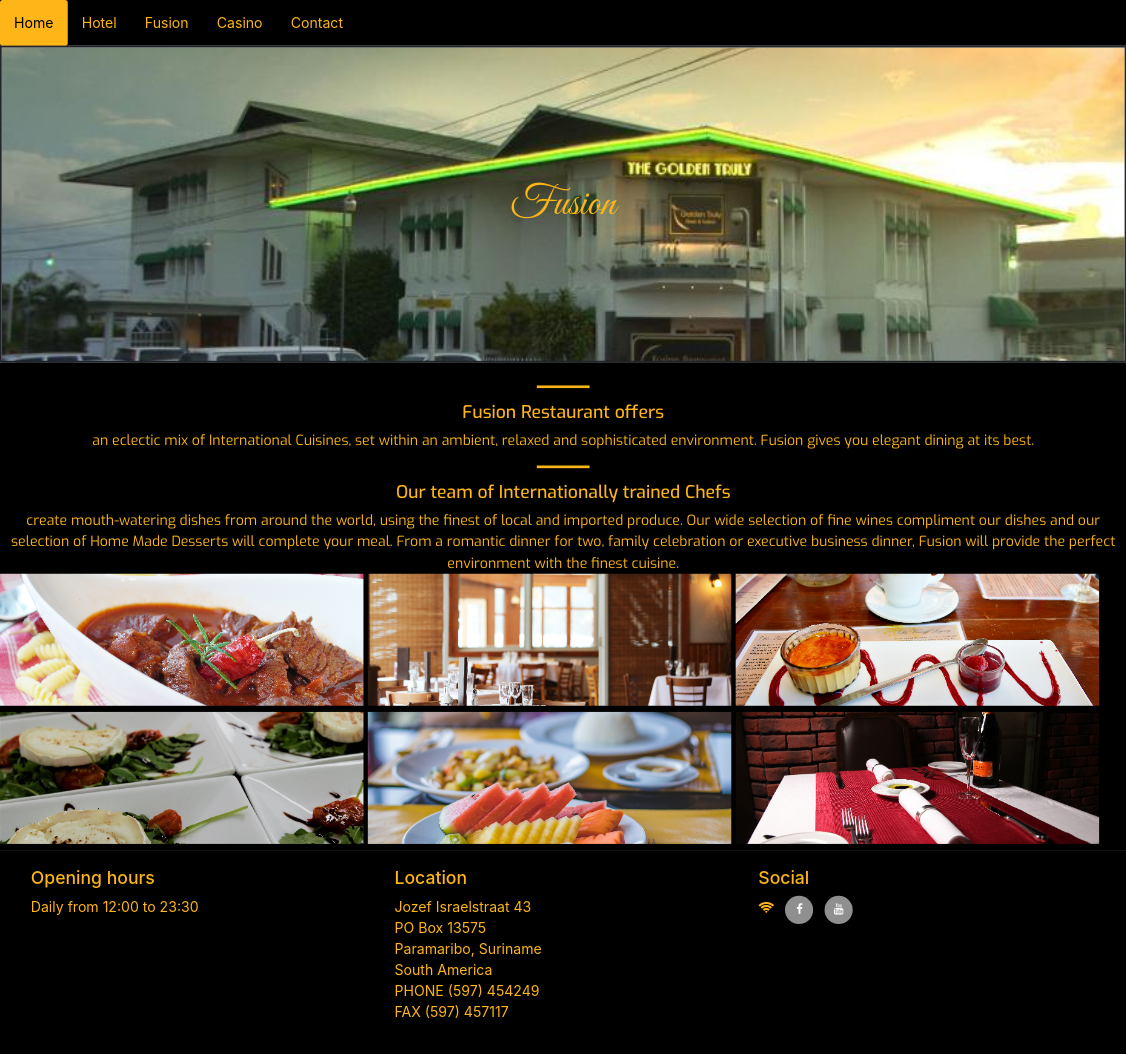
Repository: Code-Institute-Submissions/anthonycaf-Milestone1
Page: fusion.html
The author's editor kept a record of every edit. The page is drawn from the files as they stood at one moment, then again after the next edit.
The browser window is 1280 px wide. The pictures show the whole page, at 88% of full size.

Above is the page before.

### fusion.html
<!DOCTYPE html>
<html lang="en">

<head>
 <meta charset="UTF-8">
 <meta name="viewport" content="width=device-width, initial-scale=1.0">
 <meta http-equiv="X-UA-Compatible" content="ie=edge">
 <!--             links/bootstrap/fontawsome    -->
 <link rel="stylesheet" href="https://stackpath.bootstrapcdn.com/font-awesome/4.7.0/css/font-awesome.min.css" type="text/css" />
 <link rel="stylesheet" href="https://stackpath.bootstrapcdn.com/bootstrap/4.3.1/css/bootstrap.min.css" type="text/css" />
 <!--             main/css                      -->
 <link rel="stylesheet" href="./css/style.css" type="text/css" />
 <title>Golden Truly Hotel</title>
</head>

<body>
 <header>
  <ul Id="nav-bar">
   <li class="nav-bar-item"><a class="nav-link-item" href="index.html">Home</a></li>
   <li class="nav-bar-item"><a class="nav-link-item" href="hotel.html">Hotel</a></li>
   <li class="nav-bar-item"><a class="nav-link-item" href="fusion.html">Fusion</a></li>
   <li class="nav-bar-item"><a class="nav-link-item" href="casino.html">Casino</a></li>
   <li class="nav-bar-item"><a class="nav-link-item" href="contact.html">Contact</a></li>
  </ul>
  <div class="bg-image-title">
   <a href="index.html" class="img"></a>
   <h1 id="title">Fusion</h1>
  </div>
 </header>
 <main>
  <hr class="block-divider">
 <section class="section-fustion text-center">
     <h5>Fusion Restaurant offers</h5>an eclectic mix of International Cuisines,
     set within an ambient, relaxed and  sophisticated environment.
     Fusion gives you elegant dining at its best.
     <hr class="block-divider">
     <h5>Our team of Internationally trained Chefs</h5>create mouth-watering dishes from around the world,
     using the finest of local and imported produce. Our wide selection of
     fine wines compliment our dishes and our selection of Home Made Desserts
     will complete your meal. From a romantic dinner for two, family celebration
     or executive business dinner,
     Fusion will provide the perfect environment with the finest cuisine.
 </section>
 <section class="images">
   <div class="bg-food col-4 bg-food-img1 ">
     <a href="index.html"></a></div>
    <div class="bg-food col-4 bg-food-img4"><a href="index.html"></a></div>
      <div class="bg-food col-4 bg-food-img2"><a href="index.html"></a></div>
     <div class="bg-food col-4 bg-food-img6"><a href="index.html"></a></div>
     <div class="bg-food col-4 bg-food-img5"><a href="index.html"></a></div>
    <div class="bg-food col-4 bg-food-img7"><a href="index.html"></a></div>
 </section>
 </main>
 <footer class="container-fluid">
  <div id="footer-details" class="row">
   <div class="col-sm-4">
    <h5 class="uppercase general-sub">Opening hours</h5>
    <p class="inline-block">
   Daily from 12:00 to 23:30
    </p>
   </div>
   <div class="col-sm-4">
    <h5 class="uppercase general-sub">Location</h5>
    <p class="inline-block">Jozef Israelstraat 43<br> PO Box 13575<br> Paramaribo, Suriname<br> South America<br> PHONE (597) 454249<br> FAX (597) 457117
    </p>

   </div>
   <div class="col-sm-4">
    <h5 class="uppercase general-sub">Social</h5>
    <ul class="list-inline social-links">
     <li class="list-inline-item">
          <i class="fa fa-wifi" aria-hidden="true"></i>
          <span class="sr-only">wifi</span>
     </li>
     <li class="list-inline-item">
      <a href="https://www.facebook.com/FusionParamariboSuriname/" target="_blank">
          <i class="fa fa-facebook" aria-hidden="true"></i>
          <span class="sr-only">facebook</span>
         </a>
     </li>

     <li class="list-inline-item">
      <a href="https://youtu.be/yjYsTbYetro" target="_blank">
          <i class="fa fa-youtube" aria-hidden="true"></i>
          <span class="sr-only">youtube</span>
         </a>
     </li>
    </ul>
   </div>
  </div>
 </footer>


</body>

</html>

### css/style.css
 /*------------google-fonts----------*/

 @import url('https://fonts.googleapis.com/css?family=Exo:100,200,300,400,500,600,700|Great+Vibes&display=swap:100,200,300,400,500,600,700');

 body {
  margin: 0;
 }

 /*------------- images --------------*/

 .master-img1 {
  background-image: url(../images/master1.jpg);
 }

 .master-img2 {
  background-image: url(../images/housekeeping.jpg);
 }

 .master-img3 {
  background-image: url(../images/design-lobby-ceiling.jpg);
 }

 .suite-img1 {
  background-image: url(../images/suit1.jpg);
 }

 .suite-img2 {
  background-image: url(../images/suite2.jpg);
 }

 .suite-img3 {
  background-image: url(../images/suite3.jpg);
 }

 .bg-image-title {
  background: url("../images/golden-truly-hotel.jpg");
 }
 /*-------------------food-images -----------*/
 .bg-food-img1 {
  background-image: url("../images/beef-bowl.jpg");
 }
 .bg-food-img2 {
  background-image: url("../images/close-up-coffee.jpg");
 }
.bg-food-img3 {
  background-image: url("../images/close-up-cuisine.jpg");
 }
.bg-food-img4 {
  background-image: url("../images/chairs-coffee-shop.jpg");
 }
.bg-food-img5 {
  background-image: url("../images/cuisine-delicious.jpg");
 }
.bg-food-img6 {
  background-image: url("../images/cheese-cuisine.jpg");
 }
.bg-food-img7 {
  background-image: url("../images/brick-chair-table.jpg");
 }

.bg-food {
 display: inline-block;
 background-clip: border-box;
  background-position: center;
  background-repeat: no-repeat;
  background-size: cover;
  width: 32.3%;
  height: 150px;
}

 /*------------main----------*/

 main {
  font-family: "Exo", sans-serif;
  font-size: 1em;
  width: 100%;
  background-color: #000000;
  color: #fdb517;
  margin: 0 auto;
  padding-top: 10px;

 }

 .bg-image-title {
  background-clip: border-box;
  background-position: center;
  background-repeat: no-repeat;
  background-size: cover;
  transition: all .5s ease-in-out;
  -moz-transition: all .5s ease-in-out;
  -webkit-transition: all .5s ease-in-out;
  height: 360px;
  border: 2px solid;
 }

 #title {
  color: #fdb517;
  font-family: "Great Vibes", sans-serif;
  font-size: 3em;
  text-align: center;
  padding-top: 150px;
 }

 #welcome {
  color: #fdb517;
  font-family: "Great Vibes", sans-serif;
  font-size: 2.5em;

 }
.block-divider {
 width: 60px;
 height: 3px;
 border:0;
 background-color: #fdb517;
}
 .dl-list {
  max-width: 70%;
 }
/*------------ Section ------*/
 .section {
  padding-top: 10px;
  padding-bottom: 10px;
  margin: 0 auto;
  max-width: 70%;
 }
 .casino, .fusion {
  margin-bottom: 0;
 }


 /*-----------main nav-bar----------*/

 #nav-bar {
  width: 100vw;
  list-style-type: none;
  margin: 0;
  padding: 0;
  overflow: hidden;
  background-color: #000;
 }

 .nav-bar-item {
  float: left;
 }

 .nav-bar-item .nav-link-item {
  display: inline-block;
  color: #fdb517;
  text-align: center;
  padding: 8px 8px;
  text-decoration: none;
 }

 .nav-bar-item .nav-link-item:hover {
  background-color: #fdb517;
  color: #000000;
  border-radius: 3px;
  transition: all .8s ease-in-out;
 }

 .nav-bar-item {
  display: inline-block;
 }


 dd {
  color: #fafafa;
 }

 .room-services-item {
  margin-bottom: 0px;
  border-bottom-width: 20px;
  padding-bottom: 40px;
 }

 /*----------------iframe -----------*/

 iframe {
  width: 100%;
  height: 360px;
  border: none;
  margin: 0;
 }

 /*-----------main footer----------*/

 .container-fluid {
  background-color: #000000;
  color: #fdb517;

 }

 footer {
  background-color: #525252;
  color: #fafafa;
  min-height: 120px;
  margin: 0;
  padding: 0;
 }

 .social-links {
  padding-bottom: 15px;
 }

 .social-links li a i {
  width: 32px;
  height: 32px;
  padding: 12px 0;
  border-radius: 50%;
  font-size: 13px;
  line-height: 7px;
  text-align: center;
  color: #fafafa;
  background-color: #8f8f8f;
  transition: all 0.35s ease-in-out;
  -moz-transition: all 0.35s ease-in-out;
  -webkit-transition: all 0.35s ease-in-out;
  -o-transition: all 0.35s ease-in-out;
 }

 .social-links li a i:hover {
  background: #fdb517;
 }

 #footer-details {
  padding: 20px;
 }

 /*-----------hotel.html----------*/

 .bg-img-size {

  background-clip: border-box;
  background-position: center;
  background-repeat: no-repeat;
  background-size: cover;
  width: 33.3%;
  height: 150px;
 }


 /*----------- contact.html/form --------*/

 .contact-heading,
 .contact-thanks {
  font-family: "Great Vibes", sans-serif;
  font-weight: 300;
  margin-top: 25px;
  margin-bottom: 20px;

 }

 form {
  padding-top: 10px;
  margin: 0 auto;
  max-width: 70%;
 }

 button[type="submit"] {
  margin-top: 15px;
  margin-bottom: 20px;
  color: #fdb517;
  background-color: #000000;

 }

 /*-------------------------------------Media queries*/

 @media(min-width: 992px) {
  .center-form {
   padding-top: 30px;
   min-height: 240px;
   margin: 0 auto;
   max-width: 50%;
  }
  .section {
   padding-top: 30px;
   padding-bottom: 30px;
   margin: 0 auto;
   max-width: 70%;
  }
  .dl-list {
   max-width: 70%;
  }
  .nav-bar-item .nav-link-item {
   padding: 14px 16px;
  }
 }

After the next edit:
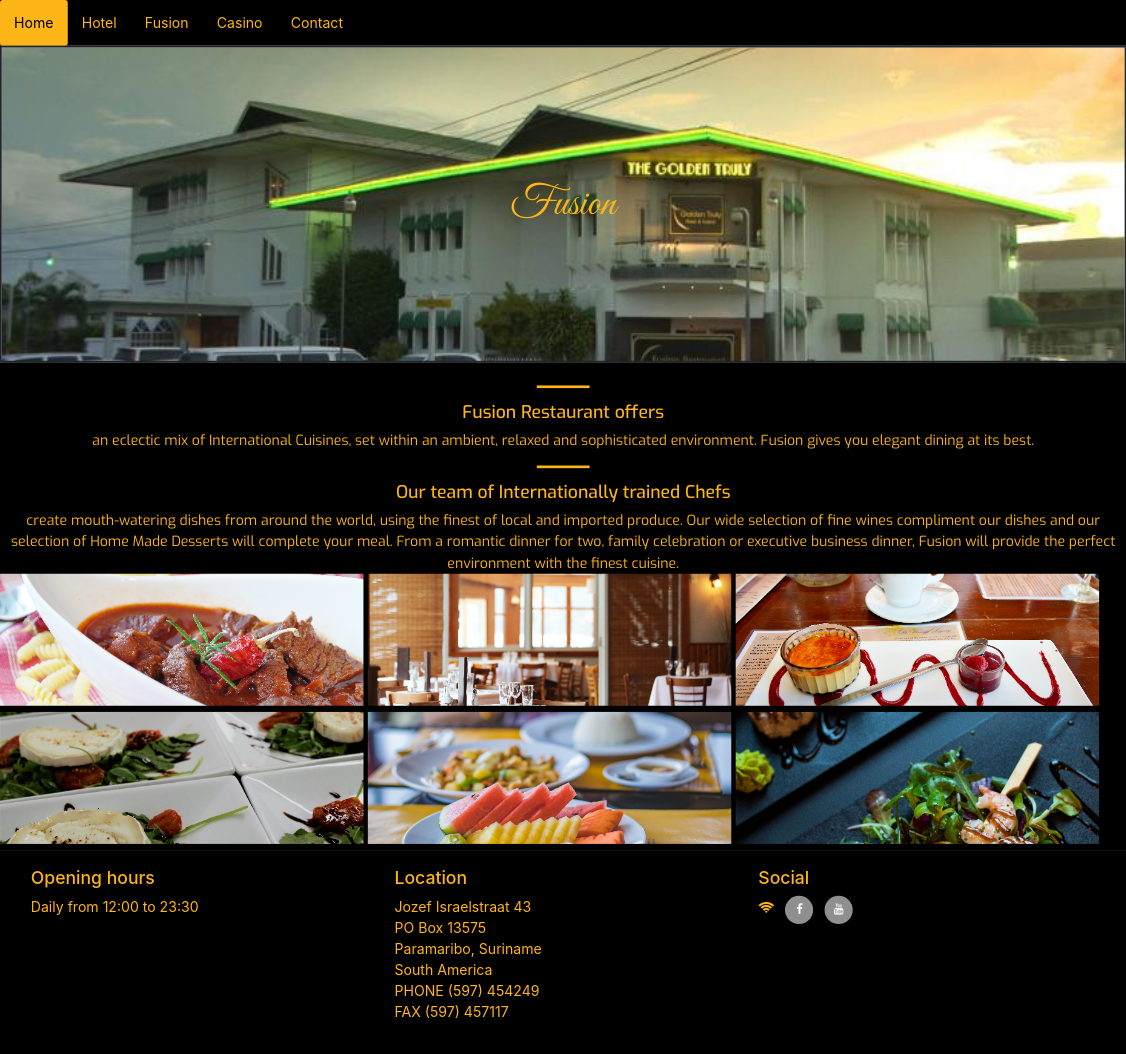
The edit:
--- a/fusion.html
+++ b/fusion.html
@@ -48,7 +48,7 @@
       <div class="bg-food col-4 bg-food-img2"><a href="index.html"></a></div>
      <div class="bg-food col-4 bg-food-img6"><a href="index.html"></a></div>
      <div class="bg-food col-4 bg-food-img5"><a href="index.html"></a></div>
-    <div class="bg-food col-4 bg-food-img7"><a href="index.html"></a></div>
+    <div class="bg-food col-4 bg-food-img3"><a href="index.html"></a></div>
  </section>
  </main>
  <footer class="container-fluid">
